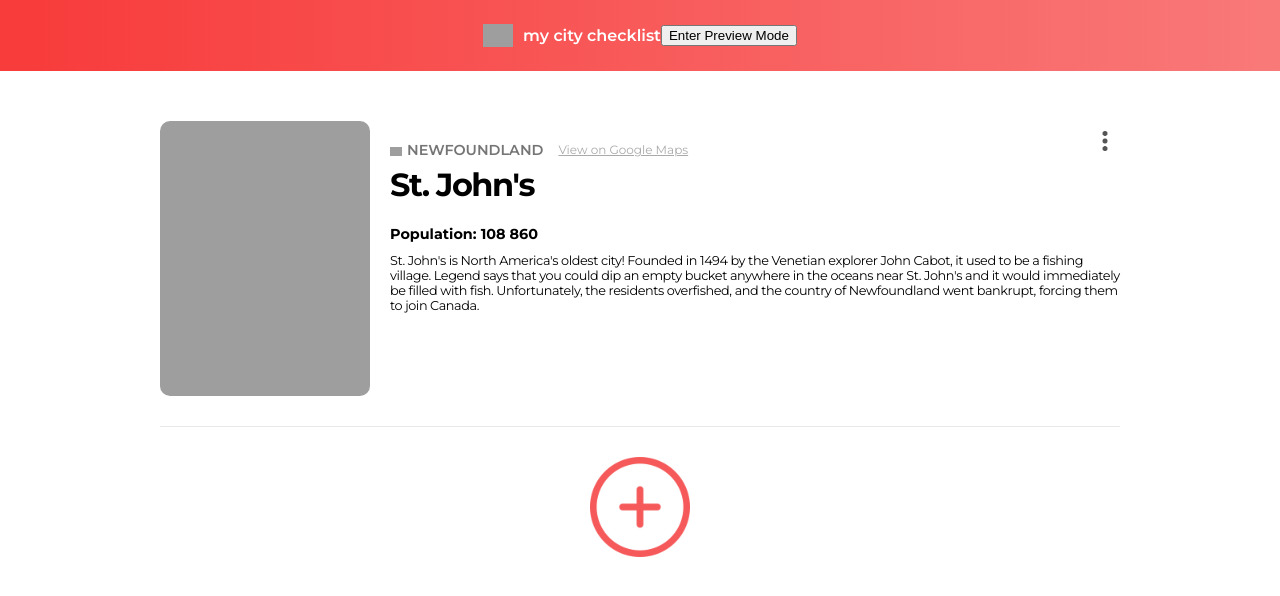
Repository: jsong552/my-city-checklist
Page: /
These files come from the project's save history. The page is drawn as it stood at one moment and after the next save; the edit follows.
The browser window is 1280 px wide. The pictures show the whole page.
Pictures or frames that could not be fetched are drawn as grey boxes. The project was rebuilt for these pictures with package versions that can differ from the ones it lists, and the page was loaded fresh each time. Imported but missing from the stored project, and not drawn on this page: src/reportWebVitals.

Above is the page before, as saved 2024-01-01 13:20:01.

After the next save:
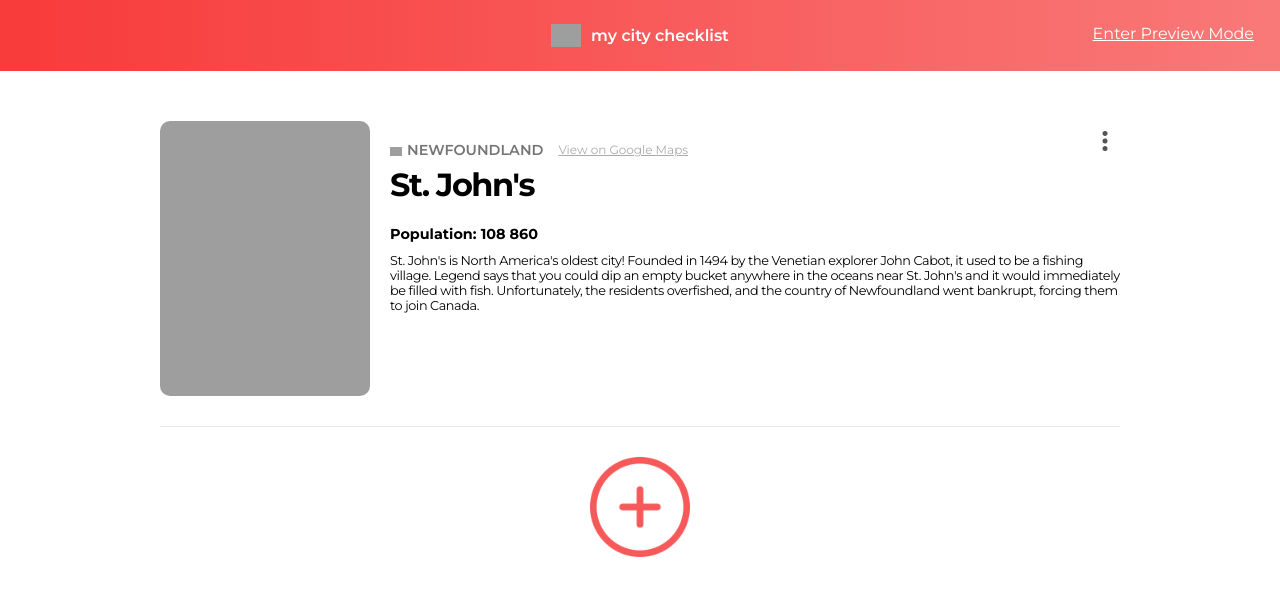
Saved 33 s later.
--- a/src/index.css
+++ b/src/index.css
@@ -13,6 +13,25 @@ body {
     justify-content: center;
     background: linear-gradient(90deg, #f83b3b 1.18%, #f97979 100%);
     box-sizing: border-box;
+    position: relative;
+}
+
+.navbar .previewMode {
+    position: absolute;
+    right: 20px;
+    top: 32%;
+    border: none;
+    background-color: transparent;
+    font-family: Montserrat;
+    font-size: 16px;
+    color: white;
+    text-decoration: underline;
+    transition: transform 0.25s;
+}
+
+.navbar .previewMode:hover {
+    cursor: pointer;
+    transform: scale(1.1);
 }
 
 .navbar img {
